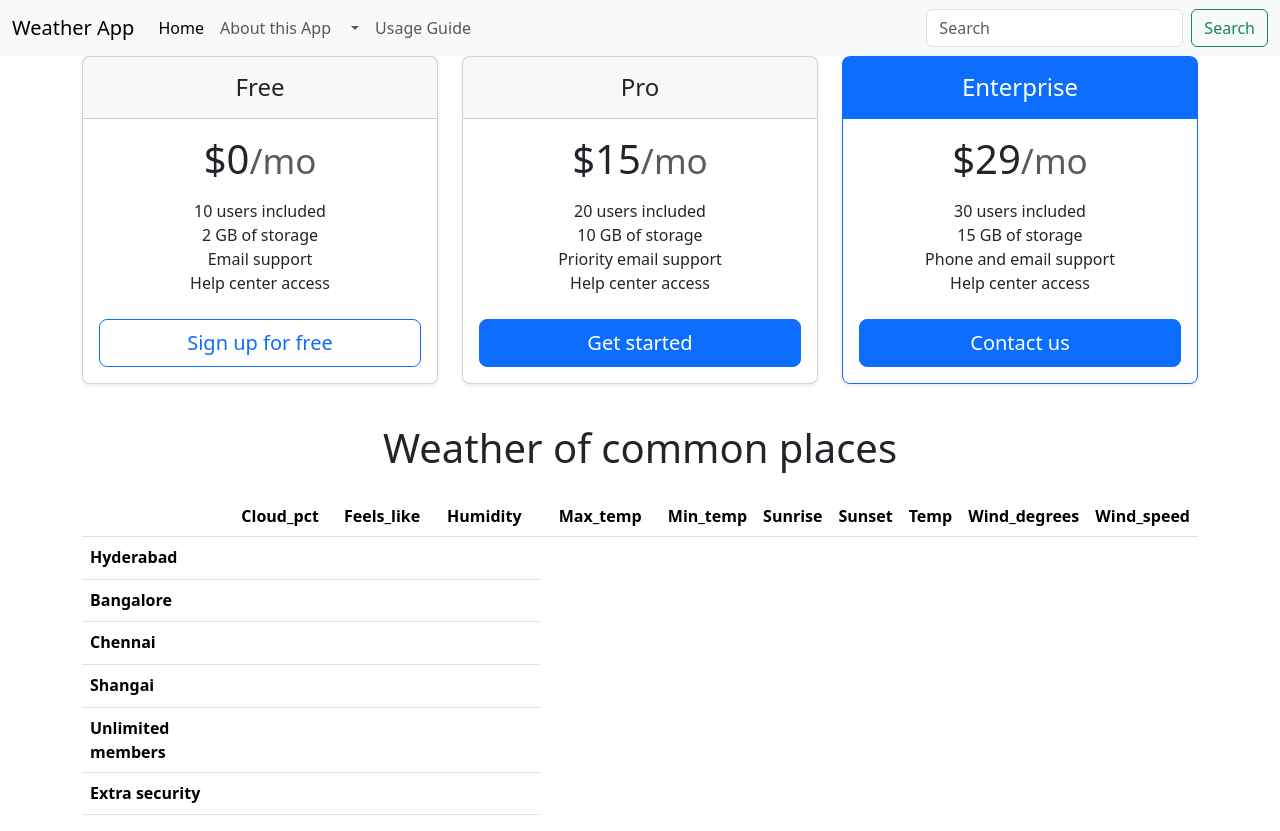
Repository: Abhilash2909/weather
Page: index.html
These files come from the project's save history. The page is drawn as it stood at one moment and after the next save; the edit follows.
The browser window is 1280 px wide. The pictures show the whole page.
The page's requests for data from a server got no answer.

Above is the page before, as saved 2024-02-11 10:32:45.

### index.html
<!doctype html>
<html lang="en">
  <head>
    <meta charset="utf-8">
    <meta name="viewport" content="width=device-width, initial-scale=1">
    <title>My Weather App</title>
    <link href="https://cdn.jsdelivr.net/npm/bootstrap@5.3.2/dist/css/bootstrap.min.css" rel="stylesheet" integrity="sha384-T3c6CoIi6uLrA9TneNEoa7RxnatzjcDSCmG1MXxSR1GAsXEV/Dwwykc2MPK8M2HN" crossorigin="anonymous">
  </head>
  <body>
    <nav class="navbar navbar-expand-lg bg-body-tertiary">
        <div class="container-fluid">
          <a class="navbar-brand" href="#">Weather App</a>
          <button class="navbar-toggler" type="button" data-bs-toggle="collapse" data-bs-target="#navbarSupportedContent" aria-controls="navbarSupportedContent" aria-expanded="false" aria-label="Toggle navigation">
            <span class="navbar-toggler-icon"></span>
          </button>
          <div class="collapse navbar-collapse" id="navbarSupportedContent">
            <ul class="navbar-nav me-auto mb-2 mb-lg-0">
              <li class="nav-item">
                <a class="nav-link active" aria-current="page" href="#">Home</a>
              </li>
              <li class="nav-item">
                <a class="nav-link" href="#">About this App</a>
              </li>
              <li class="nav-item dropdown">
                <a class="nav-link dropdown-toggle" href="#" role="button" data-bs-toggle="dropdown" aria-expanded="false">
                </a>
                <ul class="dropdown-menu">
                  <li><a class="dropdown-item" href="#">Delhi</a></li>
                  <li><a class="dropdown-item" href="#">Seattle</a></li>
                  <li><hr class="dropdown-divider"></li>
                  <li><a class="dropdown-item" href="#">Bangalore</a></li>
                </ul>
              </li>
              <li class="nav-item">
                <a class="nav-link" aria-disabled="true">Usage Guide</a>
              </li>
            </ul>
            <form class="d-flex" role="search">
              <input class="form-control me-2" type="search" placeholder="Search" aria-label="Search">
              <button class="btn btn-outline-success" type="submit">Search</button>
            </form>
          </div>
        </div>
      </nav>

      <div class="container"><main>
        <div class="row row-cols-1 row-cols-md-3 mb-3 text-center">
          <div class="col">
            <div class="card mb-4 rounded-3 shadow-sm">
              <div class="card-header py-3">
                <h4 class="my-0 fw-normal">Free</h4>
              </div>
              <div class="card-body">
                <h1 class="card-title pricing-card-title">$0<small class="text-body-secondary fw-light">/mo</small></h1>
                <ul class="list-unstyled mt-3 mb-4">
                  <li>10 users included</li>
                  <li>2 GB of storage</li>
                  <li>Email support</li>
                  <li>Help center access</li>
                </ul>
                <button type="button" class="w-100 btn btn-lg btn-outline-primary">Sign up for free</button>
              </div>
            </div>
          </div>
          <div class="col">
            <div class="card mb-4 rounded-3 shadow-sm">
              <div class="card-header py-3">
                <h4 class="my-0 fw-normal">Pro</h4>
              </div>
              <div class="card-body">
                <h1 class="card-title pricing-card-title">$15<small class="text-body-secondary fw-light">/mo</small></h1>
                <ul class="list-unstyled mt-3 mb-4">
                  <li>20 users included</li>
                  <li>10 GB of storage</li>
                  <li>Priority email support</li>
                  <li>Help center access</li>
                </ul>
                <button type="button" class="w-100 btn btn-lg btn-primary">Get started</button>
              </div>
            </div>
          </div>
          <div class="col">
            <div class="card mb-4 rounded-3 shadow-sm border-primary">
              <div class="card-header py-3 text-bg-primary border-primary">
                <h4 class="my-0 fw-normal">Enterprise</h4>
              </div>
              <div class="card-body">
                <h1 class="card-title pricing-card-title">$29<small class="text-body-secondary fw-light">/mo</small></h1>
                <ul class="list-unstyled mt-3 mb-4">
                  <li>30 users included</li>
                  <li>15 GB of storage</li>
                  <li>Phone and email support</li>
                  <li>Help center access</li>
                </ul>
                <button type="button" class="w-100 btn btn-lg btn-primary">Contact us</button>
              </div>
            </div>
          </div>
        </div>

        <h2 class="display-6 text-center mb-4">Weather of common places</h2>

        <div class="table-responsive">
          <table class="table text-center">
            <thead>
              <tr>
                <th style="width: 34%;">   </th>
                <th style="width: 20%;"> Cloud_pct </th>
                <th style="width: 2%;"> Feels_like </th>
                <th style="width: 22%;"> Humidity </th>
                <th style="width: 22%;"> Max_temp </th>
                <th style="width: 22%;"> Min_temp </th>
                <th style="width: 22%;"> Sunrise </th>
                <th style="width: 22%;"> Sunset </th>
                <th style="width: 22%;"> Temp </th>
                <th style="width: 22%;"> Wind_degrees </th>
                <th style="width: 22%;"> Wind_speed </th>
                    </th>
                  </th>
                </th>
              </tr>
            </thead>
            <tbody>
              <tr>
                <th scope="row" class="text-start">Hyderabad</th>
                <td><svg class="bi" width="24" height="24"><use xlink:href="#check"></use></svg></td>
                <td><svg class="bi" width="24" height="24"><use xlink:href="#check"></use></svg></td>
                <td><svg class="bi" width="24" height="24"><use xlink:href="#check"></use></svg></td>
              </tr>
              <tr>
                <th scope="row" class="text-start">Bangalore</th>
                <td></td>
                <td><svg class="bi" width="24" height="24"><use xlink:href="#check"></use></svg></td>
                <td><svg class="bi" width="24" height="24"><use xlink:href="#check"></use></svg></td>
              </tr>
            </tbody>

            <tbody>
              <tr>
                <th scope="row" class="text-start">Chennai</th>
                <td><svg class="bi" width="24" height="24"><use xlink:href="#check"></use></svg></td>
                <td><svg class="bi" width="24" height="24"><use xlink:href="#check"></use></svg></td>
                <td><svg class="bi" width="24" height="24"><use xlink:href="#check"></use></svg></td>
              </tr>
              <tr>
                <th scope="row" class="text-start">Shangai</th>
                <td></td>
                <td><svg class="bi" width="24" height="24"><use xlink:href="#check"></use></svg></td>
                <td><svg class="bi" width="24" height="24"><use xlink:href="#check"></use></svg></td>
              </tr>
              <tr>
                <th scope="row" class="text-start">Unlimited members</th>
                <td></td>
                <td><svg class="bi" width="24" height="24"><use xlink:href="#check"></use></svg></td>
                <td><svg class="bi" width="24" height="24"><use xlink:href="#check"></use></svg></td>
              </tr>
              <tr>
                <th scope="row" class="text-start">Extra security</th>
                <td></td>
                <td></td>
                <td><svg class="bi" width="24" height="24"><use xlink:href="#check"></use></svg></td>
              </tr>
            </tbody>
          </table>
        </div>
      </main></div>
    <script src="https://cdn.jsdelivr.net/npm/bootstrap@5.3.2/dist/js/bootstrap.bundle.min.js" integrity="sha384-C6RzsynM9kWDrMNeT87bh95OGNyZPhcTNXj1NW7RuBCsyN/o0jlpcV8Qyq46cDfL" crossorigin="anonymous"></script>
    <script src="script.js"></script>
</body>
</html>

### script.js
// const options = {
// method: 'GET',
// headers: {
//         'X-RapidAPI-Key': 'b45e96323fmshf5e4bc50d3b8a90p1e091djsnfb21cde4eb87',
// '       X-RapidAPI-Host': 'weather-by-api-ninjas.p.rapidapi.com'
//     }
// };

// fetch('https://weather-by-api-ninjas.p.rapidapi.com/v1/weather?city=Seattle', options)
//     .then(response => response.json())
//     .then(response => console.log(response))
//     .catch(err => console.error(err));



const options = {
    method: 'GET',
    headers: {
      'X-RapidAPI-Key': 'b45e96323fmshf5e4bc50d3b8a90p1e091djsnfb21cde4eb87',
      'X-RapidAPI-Host': 'weather-by-api-ninjas.p.rapidapi.com'
    }
  };

  fetch('https://weather-by-api-ninjas.p.rapidapi.com/v1/weather?city=Seattle', options)
    .then(response => response.json())
    .then(data => console.log(data))
    .catch(error => console.error(error));

After the next save:
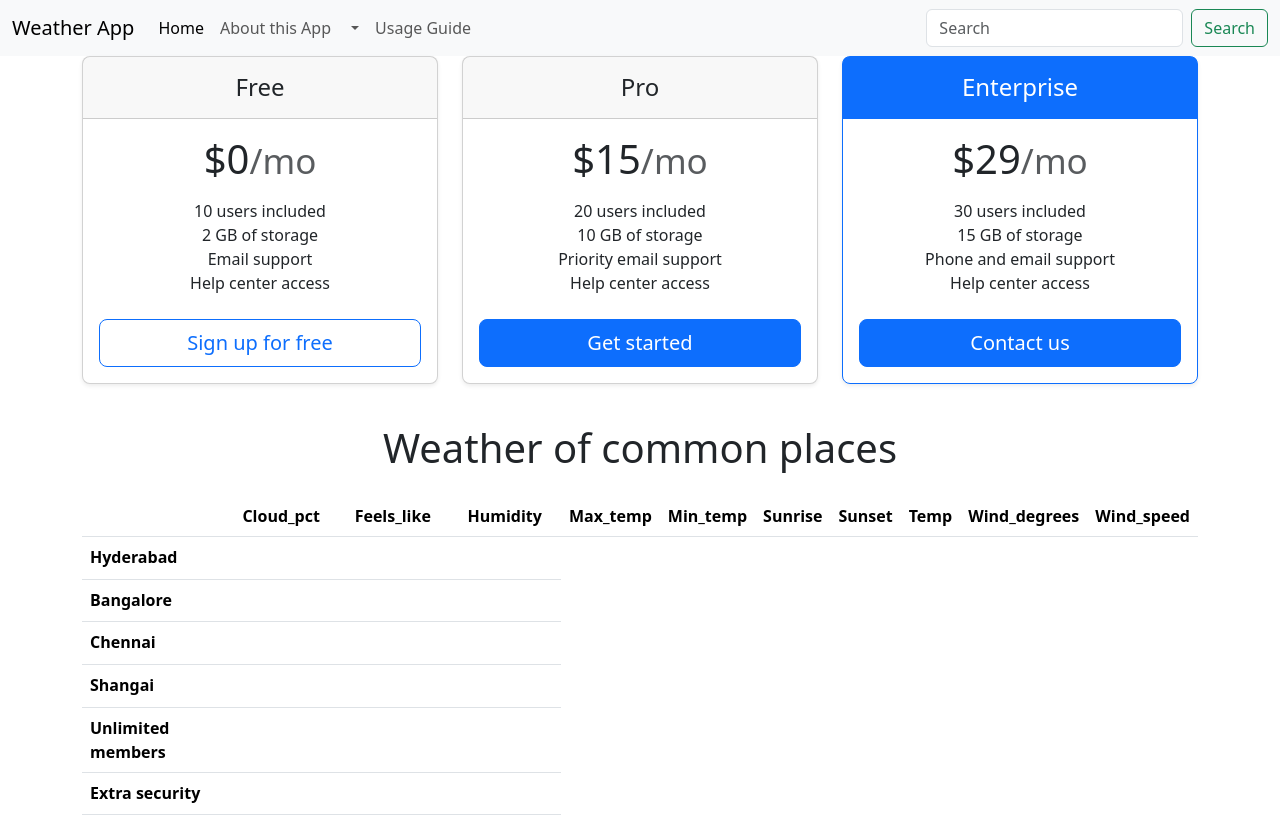
Saved 6 s later.
--- a/index.html
+++ b/index.html
@@ -106,7 +106,7 @@
               <tr>
                 <th style="width: 34%;">   </th>
                 <th style="width: 20%;"> Cloud_pct </th>
-                <th style="width: 2%;"> Feels_like </th>
+                <th style="width: 20%;"> Feels_like </th>
                 <th style="width: 22%;"> Humidity </th>
                 <th style="width: 22%;"> Max_temp </th>
                 <th style="width: 22%;"> Min_temp </th>
